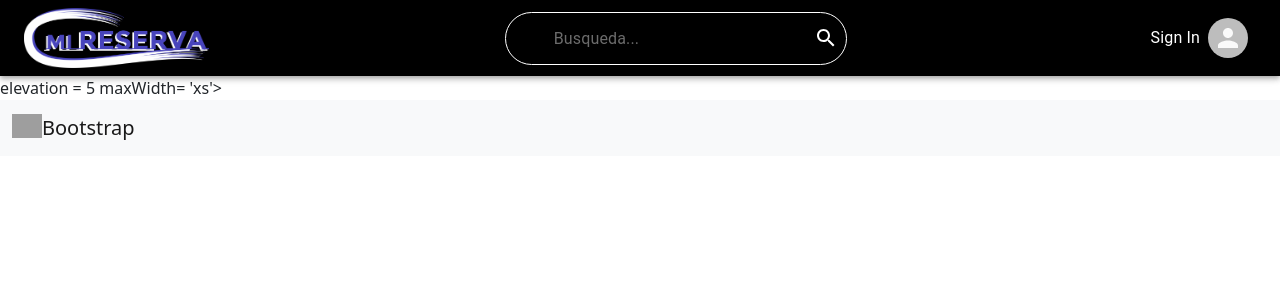
Repository: No-Country/C2-G23
Page: /logIn (app in client/)
An editor plug-in stored every save of this project. The page is shown before and after the next save, followed by the edit.
The browser window is 1280 px wide. The pictures show the whole page.
Pictures or frames that could not be fetched are drawn as grey boxes. The project was rebuilt for these pictures with package versions that can differ from the ones it lists, and the page was loaded fresh each time. Also part of the build but not shown: client/src/components/Home.js, client/src/components/Search.js, client/src/components/Card.js, client/src/components/Services.js, client/src/styles/Footer.module.css. Imported but missing from the stored project, and not drawn on this page: client/src/components/SignIn.

Above is the page before, as saved 2022-01-23 20:35:08.

After the next save:
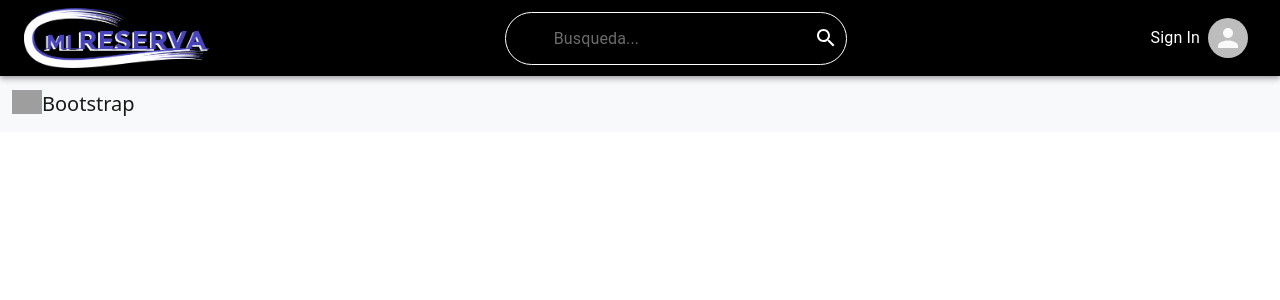
Saved 11 s later.
--- a/client/src/components/LogIn.js
+++ b/client/src/components/LogIn.js
@@ -17,7 +17,7 @@ const LogIn = () => {
 
     return (
         <Grid container component='main'>
-            <container component={Paper}> elevation = {5} maxWidth= 'xs'>
+            <container component={Paper} elevation = {5} maxWidth= 'xs'>
 
             </container>
 
